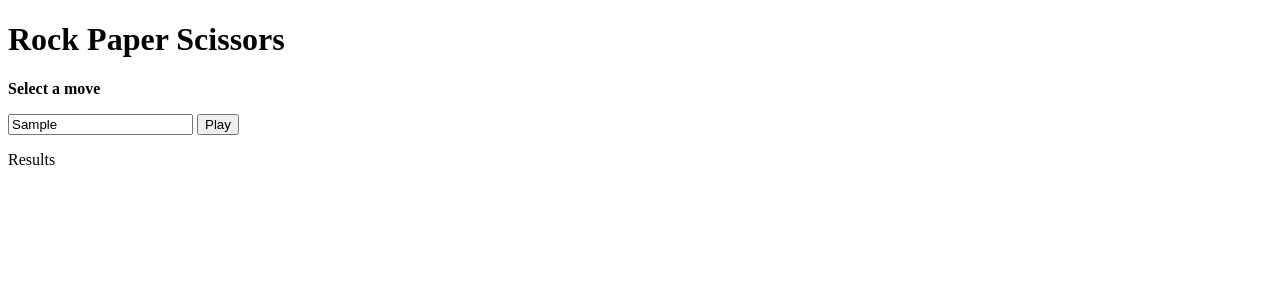
Repository: anmho/rock-paper-scissors
Page: index.html
An editor plug-in stored every save of this project. The page is shown before and after a run of saves, followed by the edit.
The browser window is 1280 px wide. The pictures show the whole page.
Empty fields were first filled with sample values (such as "Sample", 5 or name@example.com).
After loading, the first visible `#playButton` was clicked once.

Above is the page before, as saved 2021-10-26 22:53:54.

### index.html
<!DOCTYPE html>
<html lang="en">
  <head>
    <meta charset="UTF-8" />
    <meta http-equiv="X-UA-Compatible" content="IE=edge" />
    <meta name="viewport" content="width=device-width, initial-scale=1.0" />
    <title>Rock Paper Scissors</title>
  </head>
  <body>
    <h1>Rock Paper Scissors</h1>
    <form id="game">
      <p style="font-weight: bold">Select a move</p>
      <input type="text" id="enterMove" />
      <button type="button" id="playButton">Play</button>
    </form>
    <div id="results">
      <p>Results</p>
    </div>
  </body>
</html>

<script src="app.js"></script>

### app.js
const moves = {
  0: "rock",
  1: "paper",
  2: "scissor",
}

function getPlayerMove() {
  const playerMove = document.getElementById('enterMove').value.toLowerCase();

  if (playerMove == "")
    alert("Name must be filled out");
  else if (!Object.values(moves).includes(playerMove))
    alert("Sorry that isn't a valid move");
  else
    return playerMove;
  document.getElementById('')
}

let winConditions = {
  "rock": "scissors",
  "paper": "rock",
  "scissors": "paper",
}

function computerPlay() {
  const move = Math.floor(Math.random() * 3); // generate random number from 1-3
  return moves[move]; // return rock, paper or scissors
}

function playRound() {
  let playerMove = getPlayerMove();
  if (!playerMove)
    return;
  let computerMove = computerPlay();
  console.log(playerMove, computerMove);

  let result = "";
  if (winConditions[playerMove] === computerMove)
    result = 'You win';
  else if (playerMove === computerMove)
    result = 'You tied';
  else
    result = 'You lose';

  const recap = document.createElement('p');
  recap.innerHTML = `${result} -> You: ${playerMove}, CPU: ${computerMove}`;
  document.getElementById('results').appendChild(recap);
}

document.getElementById('playButton').addEventListener('click', playRound);

After the next 2 saves:
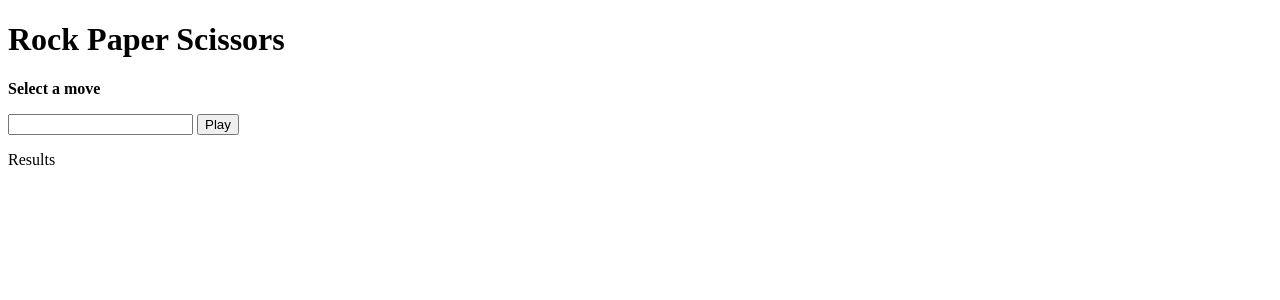
The 2 saves are shown as one change because they came seconds apart.
The last was saved 25 s later.
--- a/app.js
+++ b/app.js
@@ -13,7 +13,7 @@
     alert("Sorry that isn't a valid move");
   else
     return playerMove;
-  document.getElementById('')
+  document.getElementById('enterMove').value = '';
 }
 
 let winConditions = {

After the save that followed:
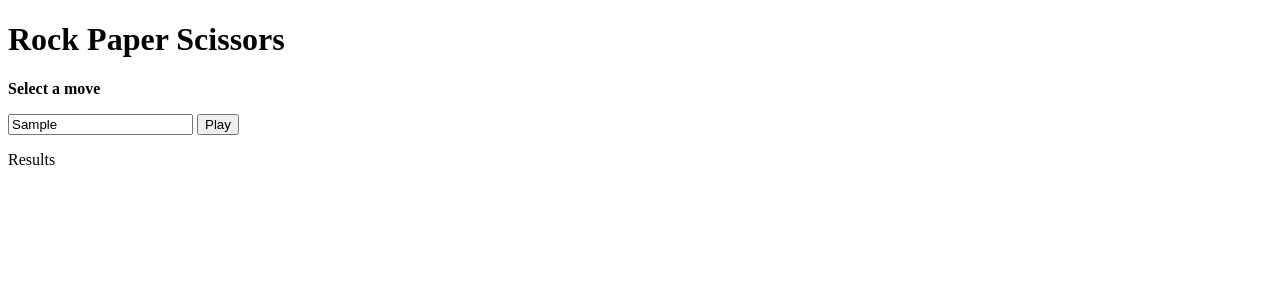
Saved 38 s later.
--- a/app.js
+++ b/app.js
@@ -13,7 +13,6 @@
     alert("Sorry that isn't a valid move");
   else
     return playerMove;
-  document.getElementById('enterMove').value = '';
 }
 
 let winConditions = {
